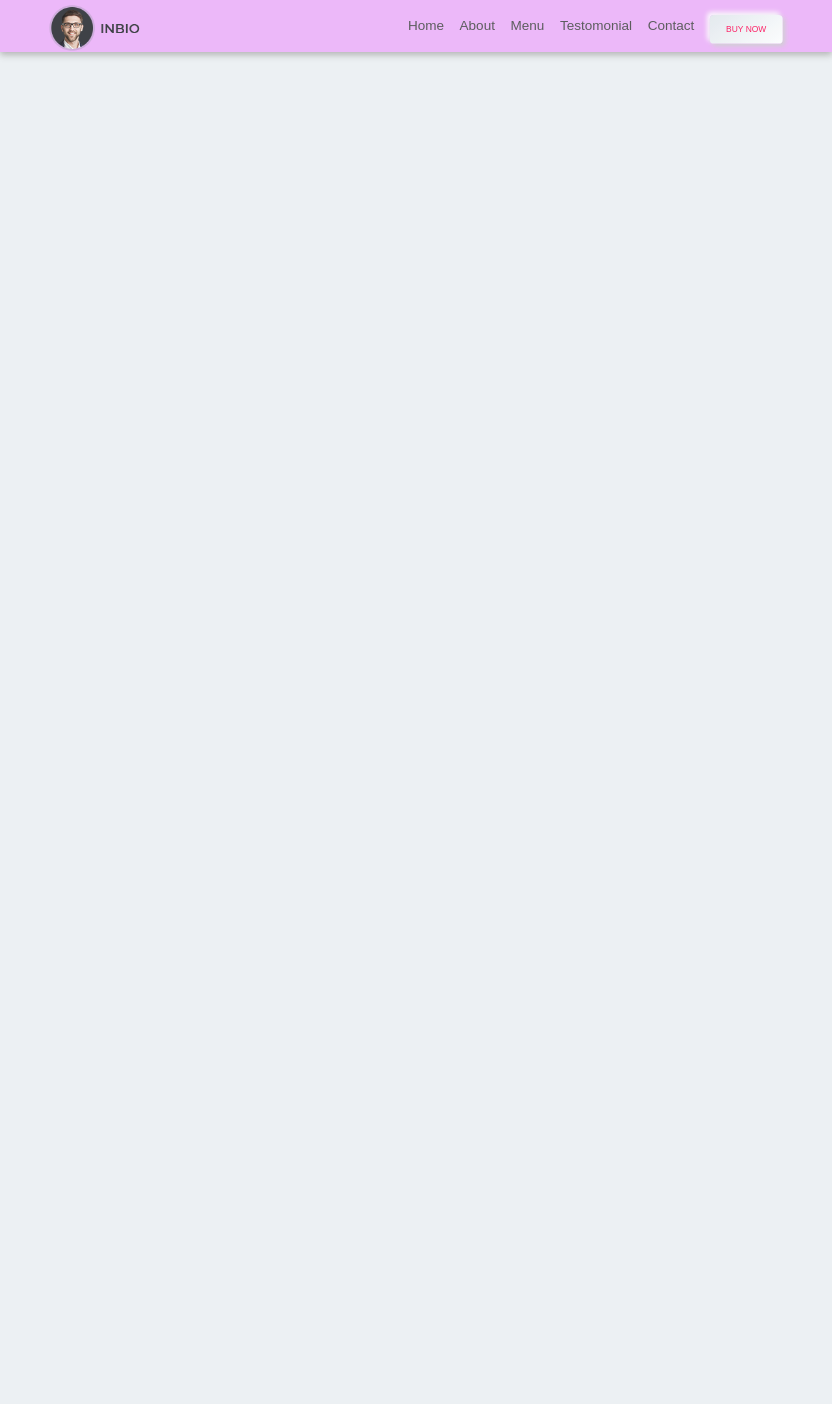
Repository: Sanjayjangra88/PortFolio
Page: /
These files come from the project's save history. The page is drawn as it stood at one moment and after the next save; the edit follows.
The browser window is 1280 px wide. The pictures show the whole page, at 65% of full size.
Some web libraries are served in a nearby version. The project was rebuilt for these pictures with package versions that can differ from the ones it lists, and the page was loaded fresh each time. Imported but missing from the stored project, and not drawn on this page: src/Components/Header/Navbar.

Above is the page before, as saved 2022-09-10 17:32:27.

After the next save:
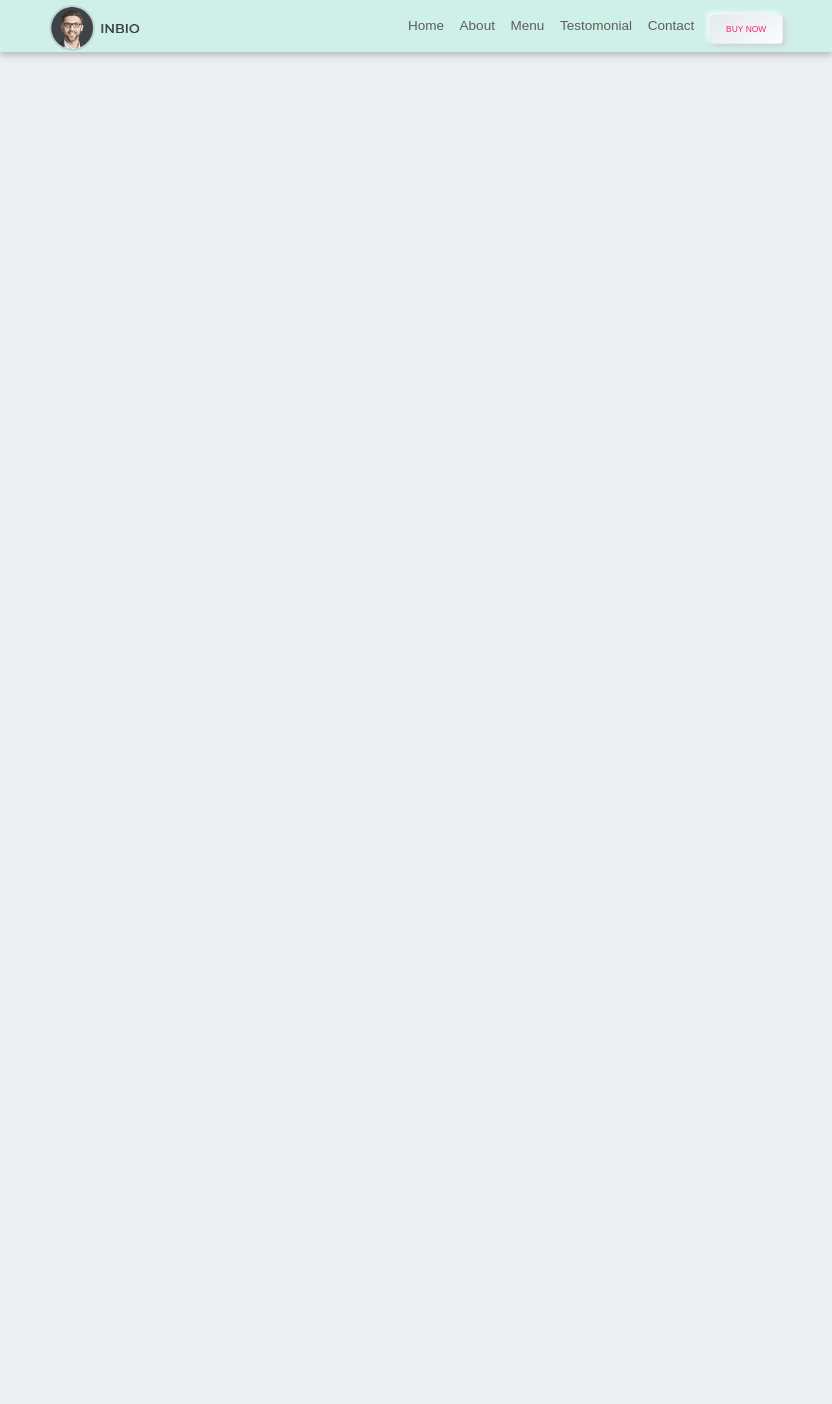
Saved 99 s later.
--- a/src/Components/Header/header.css
+++ b/src/Components/Header/header.css
@@ -26,7 +26,7 @@
     box-shadow: 0px 5px 10px 0px #aaa;
     position: fixed;
     width: 100%;
-    background: #EDAEF9;
+    background: #C9F0E4;
     color: #000;
     opacity: 0.85;
     z-index: 100;
